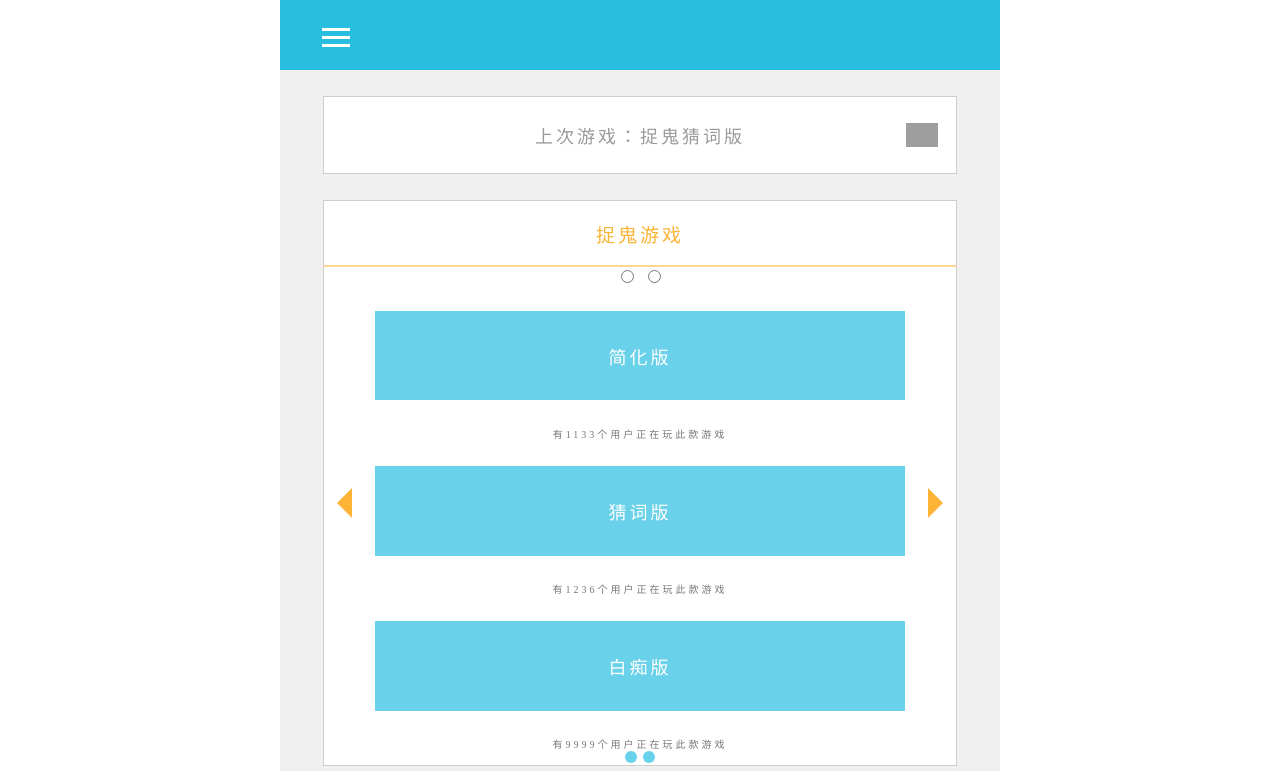
Repository: leozhangpd/My-Codes
Page: JS/two-project/home_page.html
An editor plug-in stored every save of this project. The page is shown before and after the next save, followed by the edit.
The browser window is 1280 px wide. The pictures show the whole page.
Pictures or frames that could not be fetched are drawn as grey boxes.

Above is the page before, as saved 2020-11-06 16:53:08.

### JS/two-project/home_page.html
<!DOCTYPE html>
<html lang="en">
<head>
    <meta charset="UTF-8">
    <meta name="viewport" content="width=device-width,initial-scale=1.0,maximum-scale=1.0,user-scalable=0" />
    <link rel="stylesheet" href="css/home_page.css" type="text/css" >
    <title>版本选择</title>
    <style>
    ul{
        list-style-type: none;
        margin: 0;padding: 0;
    }
    button{
        outline: none;
        border:none;
    }
    a:link,a:visited,a:hover,a:active {
        text-decoration:none;
        color: #fff;
    }
    </style>
</head>
<body>
    <header>
        <button>
            <div></div>
            <div></div>
            <div></div>
        </button>
    </header>
    <main>
        <div class="review">
            <span>上次游戏：捉鬼猜词版</span>
        </div>
        <div class="content">
            <div class="title">
                <span>捉鬼游戏</span>
            </div>
            <input type="radio" name="change" id="change-1"/>
            <input type="radio" name="change" id="change-2"/>
            <div id="slider">
                <ul class="list" id="out">
                    <li><a href="#" id="in">简化版</a></li>
                    <li>有1133个用户正在玩此款游戏</li>
                    <li><a href="#">猜词版</a></li>
                    <li>有1236个用户正在玩此款游戏</li>
                    <li><a href="#">白痴版</a></li>
                    <li>有9999个用户正在玩此款游戏</li>
                </ul>
                <ul class="list" id="out">
                    <li><a href="#" id="in-2">简化版</a></li>
                    <li>有1113个用户正在玩此款游戏</li>
                    <li><a href="#">警版</a></li>
                    <li>有1636个用户正在玩此款游戏</li>
                    <li><a href="#">3.0 版</a></li>
                    <li>有9698个用户正在玩此款游戏</li>
                </ul>
            </div>
            <div class="arrow">
                 <label for="change-1"></label>
                 <label for="change-2"></label>
            </div>
            <div class="page">
                <label for="change-1"></label>
                <label for="change-2"></label>
            </div>
        </div>
    </main>
</body>
</html>

### JS/two-project/css/home_page.css
html{
    font-size: 62.5%;
    background: #fff;
    height: 100vh;
}
body{
    height: 100%;
    margin:0 auto;
    padding-bottom: 4%;
    max-width: 720px;
    min-width: 320px;
    background: #f0f0f0;
}
header{
    padding: 3% 5%;
    background-color: #29bde0;
}
header>button{
    width: 4rem;;
    background-color: rgba(0, 0, 0, 0);
}
header>button div{
    margin-top: .5rem;
    height: .3rem;
    background-color: #fff;
}
main{
    margin:0 6%;
    width:88%;
}
.review{
    padding:4% 0;
    background: url("../images/home_page-2.png") no-repeat 97% 50%/5%;
}
.review>span{/*review__content*/
    font-size: 18px;
    color: #9a9a9a;
}
.review,.content{
    background-color: #ffffff;
    margin-top: 4%;
    text-align: center;
    border: 1px double #cecece;
    letter-spacing: 3px;
}
.content{
    position: relative;
}
.title{/*content__title*/
    padding:3% 0;
    font-size: 19px;
    color: #fbb435;
    border-bottom: 0.2rem solid #fdd793;
}
#slider{
    white-space: nowrap;
    overflow: hidden;
}
.list{
    display: inline-block;
    width: 100%;
    transition: all .5s;
}
.list>li{/*content__option*/
    margin: 4% 8% 0 8%;
}
.list>li:nth-child(odd){/*option__btn*/
    background: #69d1e9;
    font-size: 18px;
    color: #fff;
}
.list>li:nth-child(odd)>a{
    display: block;
    padding:6% 0;
}
.list>li:nth-child(even){/*option__hint*/
    color: #787878;
}
/* input{display: none;} */
.page>label{/*page__dot*/
    display: inline-block;
    padding-top: 12px;
    width:12px;
    background: #69d1e9;
    border-radius: 50%;
    transition: all .2s;
}
.page>label:hover{
    background: #2e2bda;
}
.arrow>label{
    position: absolute;
    top: 51%;
    border-style:solid;
}
.arrow>label:nth-child(1){
    left: 2%;
    border-width:15px 15px 15px 0;
    border-color:transparent #fbb435 transparent transparent;/*透明 透明 透明 橘*/
}
.arrow>label:nth-child(2){
    right: 2%;
    border-width:15px 0 15px 15px;
    border-color:transparent transparent transparent #fbb435;/*透明 透明 透明 橘*/
}

After the next save:
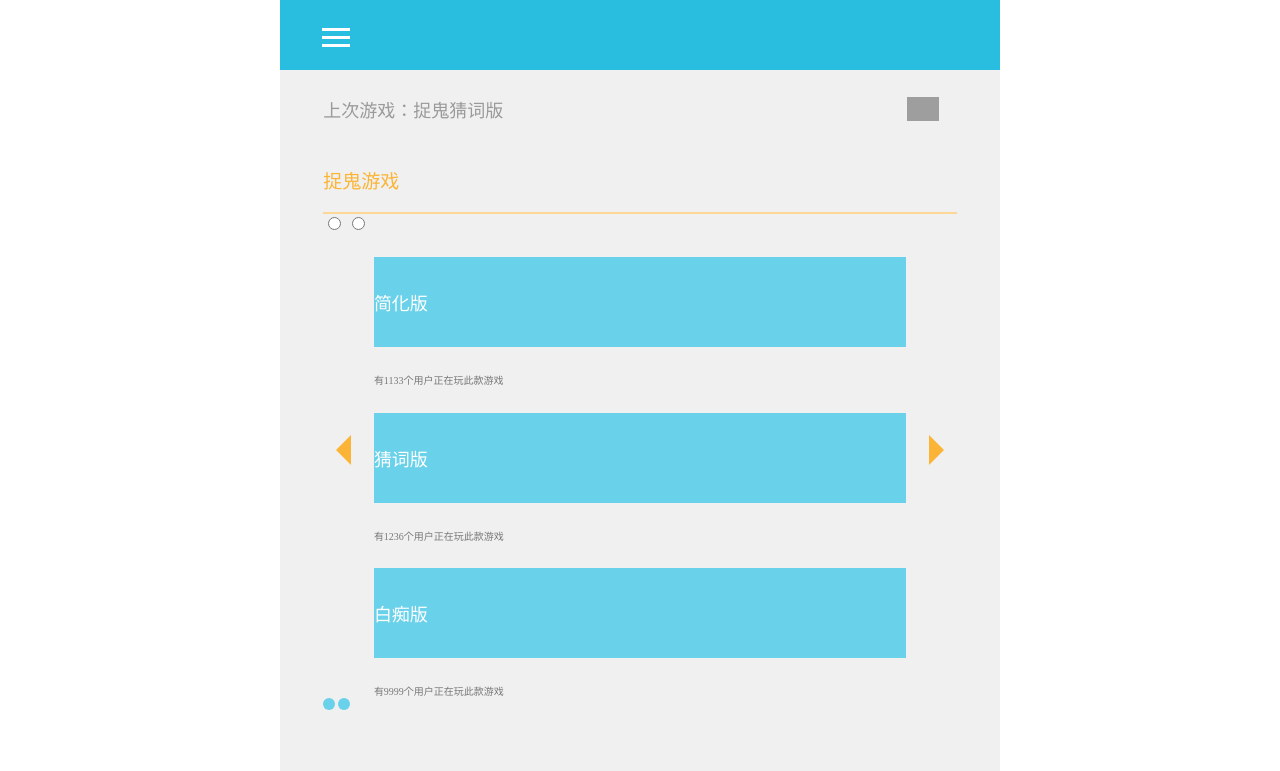
Saved 2 min 55 s later.
--- a/JS/two-project/css/home_page.css
+++ b/JS/two-project/css/home_page.css
@@ -36,13 +36,7 @@
     font-size: 18px;
     color: #9a9a9a;
 }
-.review,.content{
-    background-color: #ffffff;
-    margin-top: 4%;
-    text-align: center;
-    border: 1px double #cecece;
-    letter-spacing: 3px;
-}
+
 .content{
     position: relative;
 }

After the save that followed:
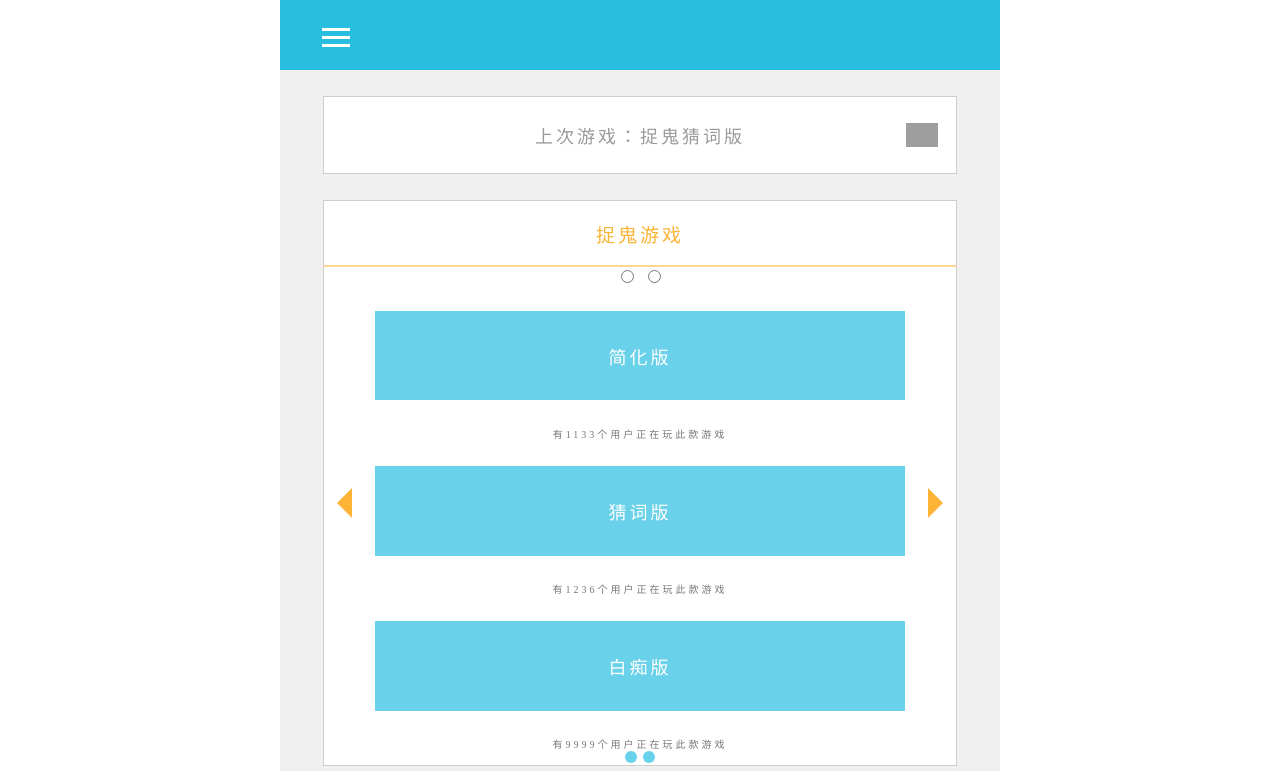
Saved 5 s later.
--- a/JS/two-project/home_page.html
+++ b/JS/two-project/home_page.html
@@ -18,6 +18,13 @@
         text-decoration:none;
         color: #fff;
     }
+    .review,.content{
+    background-color: #ffffff;
+    margin-top: 4%;
+    text-align: center;
+    border: 1px double #cecece;
+    letter-spacing: 3px;
+}
     </style>
 </head>
 <body>
